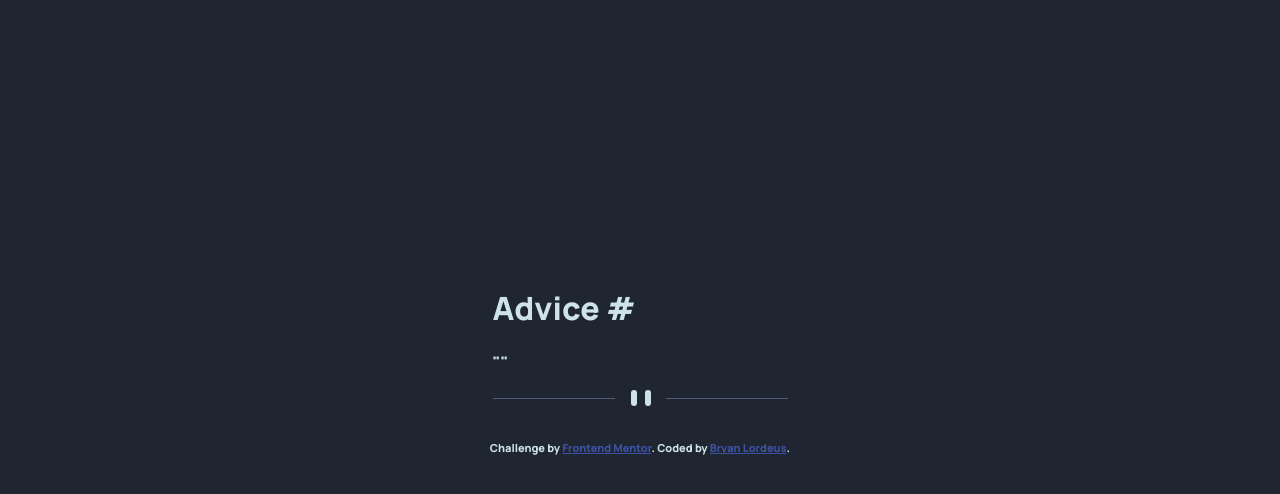
Repository: blordeus/advice-generator-app-main
Page: index.html
These files come from the project's save history. The page is drawn as it stood at one moment and after the next save; the edit follows.
The browser window is 1280 px wide. The pictures show the whole page.

Above is the page before, as saved 2023-08-22 22:16:24.

### index.html
<!DOCTYPE html>
<html lang="en">
<head>
  <meta charset="UTF-8">
  <meta name="viewport" content="width=device-width, initial-scale=1.0"> <!-- displays site properly based on user's device -->

  <link rel="icon" type="image/png" sizes="32x32" href="./images/favicon-32x32.png">
  <link rel="stylesheet" href="style.css">

  <title>Frontend Mentor | Advice generator app</title>

  <!-- Feel free to remove these styles or customise in your own stylesheet 👍 -->
  <style>
    .attribution { font-size: 11px; text-align: center; }
    .attribution a { color: hsl(228, 45%, 44%); }
  </style>
</head>
<body>
  <main>
    <h1>Advice #<!-- Advice ID goes here --></h1>

    <p>"<!-- Advice text goes here -->"</p>

<picture>
  <source srcset="images/pattern-divider-desktop.svg" media="(min-width: 1440px)">
  <source srcset="images/pattern-divider-mobile.svg" media="(min-width: 375px)">
  <img class = "adviceImage" alt="" />
</picture>

<div>
  <img src="./images/icon-dice.svg" alt="dice">
</div>

  </main>
  <div class="attribution">
    Challenge by <a href="https://www.frontendmentor.io?ref=challenge" rel="noopener" target="_blank">Frontend Mentor</a>.
    Coded by <a href="#">Bryan Lordeus</a>.
  </div>

  <script src="script.js"></script>
</body>
</html>

### style.css
@import url('https://fonts.googleapis.com/css2?family=Manrope:wght@800&display=swap');

:root{
    --Light-Cyan: hsl(193, 38%, 86%);
    --Neon-Green: hsl(150, 100%, 66%);
    --Grayish-Blue: hsl(217, 19%, 38%);
    --Dark-Grayish-Blue: hsl(217, 19%, 24%);
    --Dark-Blue: hsl(218, 23%, 16%);
}

body{
    font-family: 'Manrope', sans-serif;
    background-color: var(--Dark-Blue);
    color: var(--Light-Cyan);
    display: flex;
    flex-direction: column;
    align-items: center;
    justify-content: center;
    height: 100vh;
    margin: 0;
    padding: 0;
    overflow: hidden;
}
  .quote {
    font-size: 28px;
  }

Loaded but not shown: script.js (no stored copy; drawn as an empty file)

After the next save:
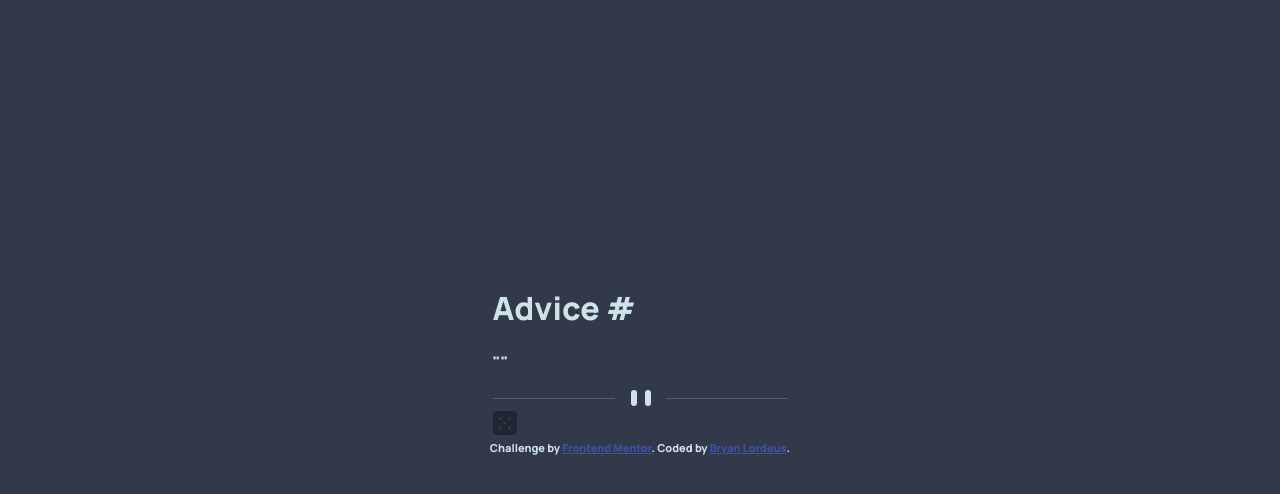
Saved 10 s later.
--- a/style.css
+++ b/style.css
@@ -10,7 +10,7 @@
 
 body{
     font-family: 'Manrope', sans-serif;
-    background-color: var(--Dark-Blue);
+    background-color: var(--Dark-Grayish-Blue);
     color: var(--Light-Cyan);
     display: flex;
     flex-direction: column;
